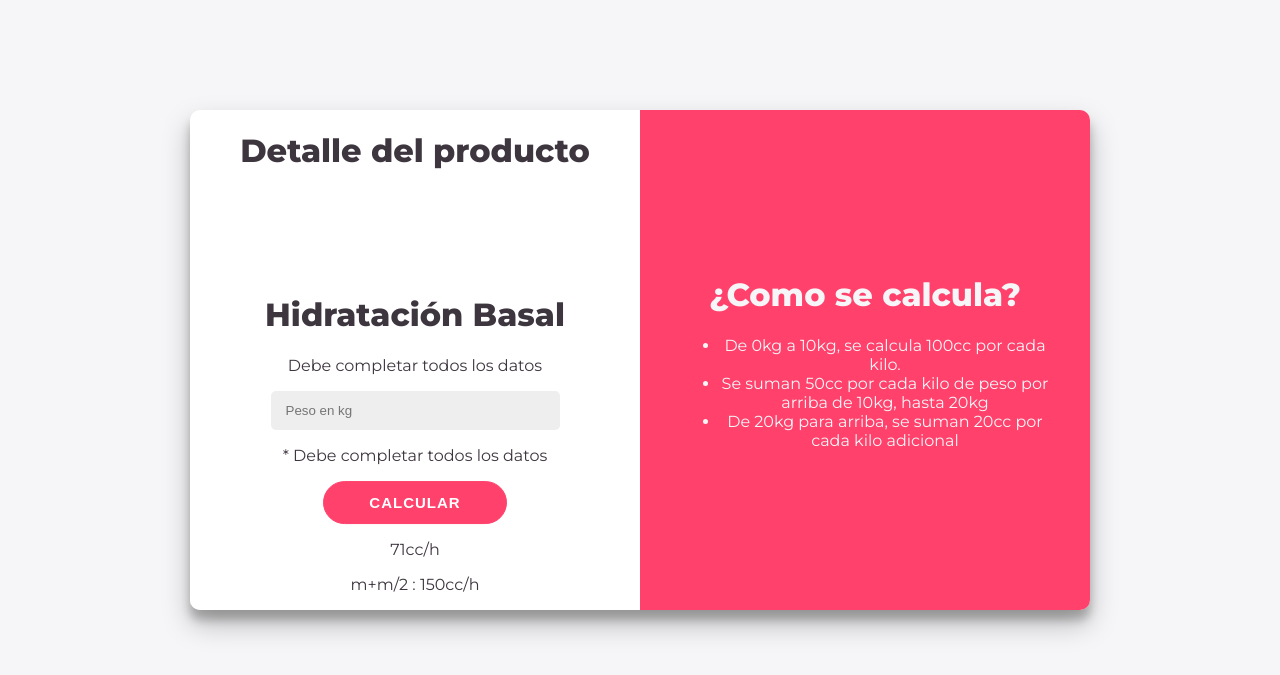
Repository: Fredy452/calculadora_basal
Page: index.html
The author's editor kept a copy of each file at every save. The page is drawn from the files as they stood at one save, then again after the next save.
The browser window is 1280 px wide. The pictures show the whole page.

Above is the page before, as saved 2023-04-21 11:44:41.

### index.html
<!DOCTYPE html>
<html lang="en">
<head>
    <meta charset="UTF-8">
    <meta http-equiv="X-UA-Compatible" content="IE=edge">
    <meta name="viewport" content="width=device-width, initial-scale=1.0">
    <title>Calculadora de hidratación</title>
    <link rel="stylesheet" href="style.css">
</head>
<body>
    <div id="contenedor">
        <div id="calculadora">
            <h1>Detalle del producto</h1>
            <div class="contenido">
                <h1>Hidratación Basal</h1>
                <p class="item"> Debe completar todos los datos</p>
                <input type="number" name="peso" id="peso" placeholder="Peso en kg">
                <p class="item" id="error">* Debe completar todos los datos</p>
                <button>Calcular</button>
                <p class="item resultado">71cc/h</p>
                <p class="item resultado">m+m/2 : 150cc/h</p>
            </div>
        </div>
        <div id="detalle">
            <div class="contenido">
                <h1>¿Como se calcula?</h1>
                <ul>
                    <li>De 0kg a 10kg, se calcula 100cc por cada kilo.</li>
                    <li>Se suman 50cc por cada kilo de peso por arriba de 10kg, hasta 20kg</li>
                    <li>De 20kg para arriba, se suman 20cc por cada kilo adicional</li>
                </ul>
            </div>
        </div>
    </div>
</body>
</html>

### style.css
@import url('https://fonts.googleapis.com/css?family=Montserrat:400,800');

body{
    font-family: 'Montserrat', sans-serif;
    background: #f6f5f7;
    color: #3E363F;
}
#contenedor{
    width: 900px;
    height: 500px;
    position: absolute;
    text-align: center;
    inset: 0;
    margin: auto;
    border-radius: 10px;
    overflow: hidden;
    box-shadow: 0 14px 28px rgba(0,0,0,0.25),
    0 10px 10px rgba(0,0,0,0.22);
}
#calculadora{
    background: white;
    width: 50%;
    height: 100%;
    float: left;
}
#detalle{
    background: #FF416C;
    width: 50%;
    height: 100%;
    float: left;
    color: #f6f5f7;
}
.contenido{
    /* Centrando el contenido de los divs */
    position: relative;
    top: 50%;
    transform: translateY(-50%);
    overflow: hidden;
    padding: 40px;
}
input{
    width: 70%;
    padding: 12px 15px;
    border: none;
    background-color: #eee;
    outline: none;
    border-radius: 5px;
    transition: background-color 0.2s, border 0.2s, box-shadow 0.3s;
}
input:hover{
    background-color:#ebe8eb;
    border: 1px solid rgb(143, 138, 138);
    box-shadow: 0 0 10px rgb(126, 122, 122);
}
button{
    font-size: 15px;
    font-weight: bold;
    padding: 12px 45px;
    border-radius: 30px;
    background-color: #ff416c;
    border: 1px solid #ff416c;
    color: #ffffff;
    text-transform: uppercase;
    letter-spacing: 1px;
    transition: transform 20ms ease-in;
}
button:active{
    transform: scale(0.95);
}

After the next save:
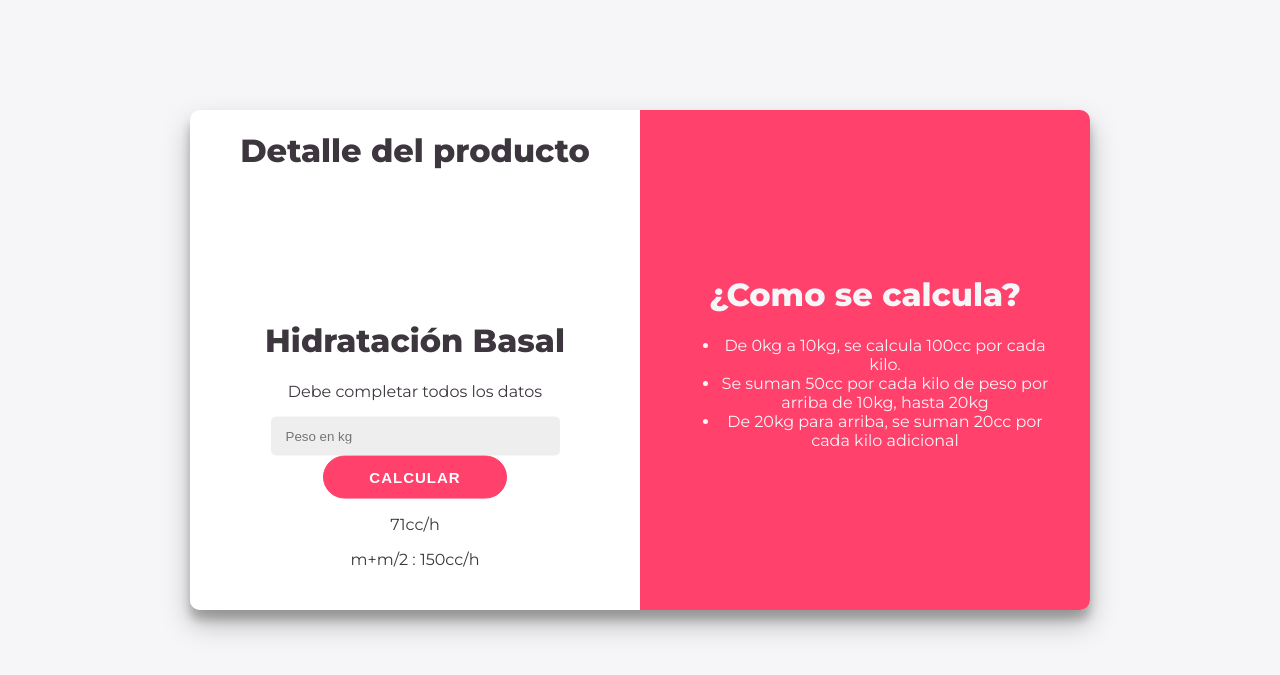
Saved 61 s later.
--- a/style.css
+++ b/style.css
@@ -67,3 +67,8 @@ button{
 button:active{
     transform: scale(0.95);
 }
+#error{
+    color: red;
+    font-weight: bold;
+    display: none;
+}
